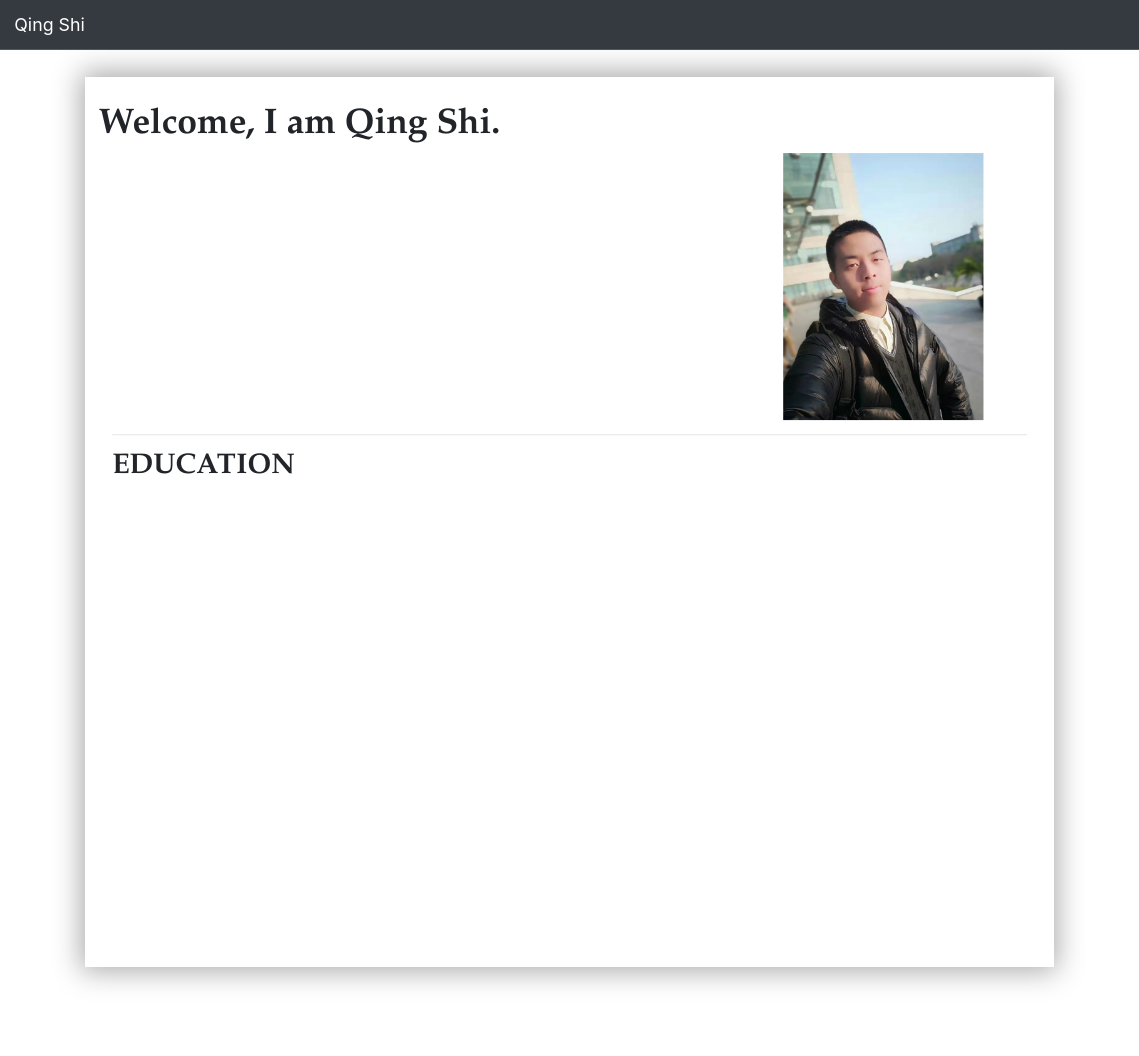
Repository: sqsssq/webpage
Page: index.html
An editor plug-in stored every save of this project. The page is shown before and after the next save, followed by the edit.
The browser window is 1280 px wide. The pictures show the whole page, at 89% of full size.
Some web libraries are served in a nearby version.

Above is the page before, as saved 2022-03-28 00:04:33.

### index.html
<!--
 * @Author: Qing Shi
 * @LastEditTime: 2022-03-28 00:04:32
 * @Knowledge:
 * @Description: my homepage
 * @Attention:
-->
<!doctype html>
<html lang="zh-CN">

<head>
    <!-- 必须的 meta 标签 -->
    <meta charset="utf-8">
    <meta name="viewport" content="width=device-width, initial-scale=1, shrink-to-fit=no">
    <title>Qing Shi</title>

    <!-- 新 Bootstrap4 核心 CSS 文件 -->
    <link rel="stylesheet" href="https://cdn.staticfile.org/twitter-bootstrap/4.3.1/css/bootstrap.min.css">

    <!-- jQuery文件。务必在bootstrap.min.js 之前引入 -->
    <script src="https://cdn.staticfile.org/jquery/3.2.1/jquery.min.js"></script>

    <!-- bootstrap.bundle.min.js 用于弹窗、提示、下拉菜单，包含了 popper.min.js -->
    <script src="https://cdn.staticfile.org/popper.js/1.15.0/umd/popper.min.js"></script>

    <!-- 最新的 Bootstrap4 核心 JavaScript 文件 -->
    <script src="https://cdn.staticfile.org/twitter-bootstrap/4.3.1/js/bootstrap.min.js"></script>

    <link rel="stylesheet" href="css/index.css">
    <link rel="shortcut icon" href="icon/bitbug_favicon.ico" />
</head>

<body>

    <nav class="navbar  navbar-dark bg-dark">
        <a class="navbar-brand" href="#">
            Qing Shi
        </a>

        <!-- <button type="button" class="btn btn-outline-primary">中/EN</button> -->
    </nav>

    <div class="container framework">
        <!-- Image and text -->
        <div class="webHeader row">
            <h1 id="titleFont">Welcome, I am Qing Shi.</h1>
            <!-- <hr> -->
            <div class="webIntroduction col-lg-8">
            </div>

            <div class="webPhoto col-lg-4">
                <img src="photo/sq.jpg" height="300px">

            </div>
        </div>
        <hr>
        <div class="webMain row">
            <div class="col-lg-8">
                <div id="webEducation">
                    <h2 id="titleFont">EDUCATION</h2>
                </div>
            </div>

        </div>
</body>

</html>

### css/index.css
* {
    margin: 0;
    padding: 0;
}

body {
    /* font-family:Georia,serif; */
    background: #ffffff;
    /* font-weight:bold; */
    /* font-size:15px; */
    /* color:#333;
    overflow: hidden; */
    -webkit-font-smoothing: antialiased;
}

.framework {
    height: 1000px;
    margin-top: 30px;
    margin-bottom: 100px;
    padding: 30px 30px 30px 30px;
    width: 85%;
    /* border-color: black; */
    /* border-width: 3px; */
    /* border-style: solid; */
    box-shadow: darkgrey 0px 0px 30px 5px ;
}

#titleFont {
    /* Garamond */
    font-family: Garamond;
    font-weight: bold;
}

.webPhoto {
    /* align-items: center; */
    /* background-color: aqua; */
    display: flex;
    flex-direction: column;
    justify-content: center;
    align-items: center;
}

/*chrome--------------------------------------------start*/
::-webkit-scrollbar {
    width: 8px;
    height: 8px;
}

/* Track */
::-webkit-scrollbar-track {
    background: #ffffff;
    border-radius: 8px;
}

/* Handle */
::-webkit-scrollbar-thumb {
    background: rgb(201, 201, 202);
    border-radius: 8px;
}

/* Handle on hover */
::-webkit-scrollbar-thumb:hover {
    background: rgb(162, 162, 163);
}

.el-menu::-webkit-scrollbar,
.el-table__body-wrapper::-webkit-scrollbar {
    display: none;
}

.el-menu:hover::-webkit-scrollbar,
.el-table__body-wrapper:hover::-webkit-scrollbar {
    display: block;
}

/*chrome--------------------------------------------end*/

After the next save:
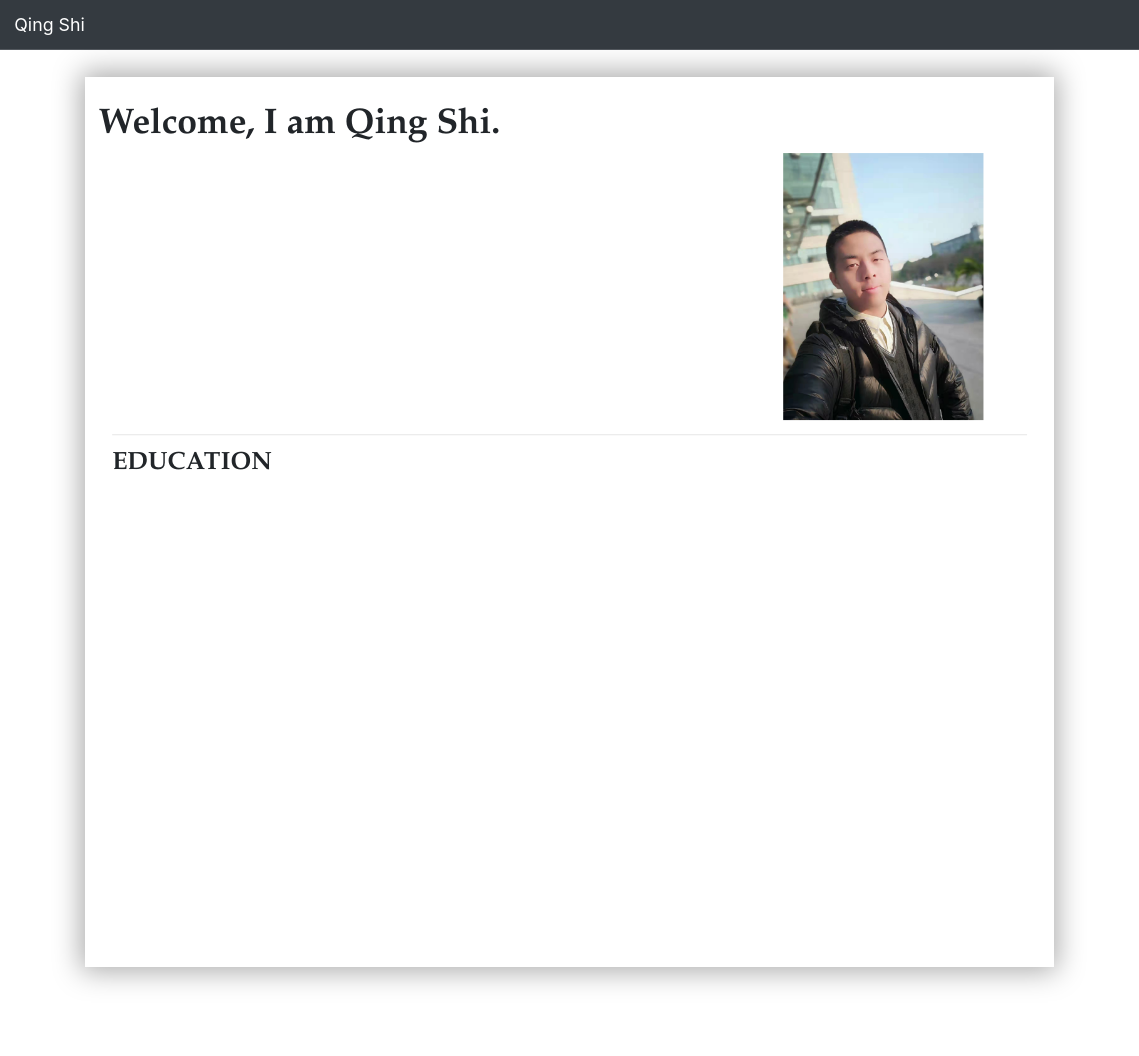
Saved 12 s later.
--- a/index.html
+++ b/index.html
@@ -57,7 +57,7 @@
         <div class="webMain row">
             <div class="col-lg-8">
                 <div id="webEducation">
-                    <h2 id="titleFont">EDUCATION</h2>
+                    <h3 id="titleFont">EDUCATION</h3>
                 </div>
             </div>
 
